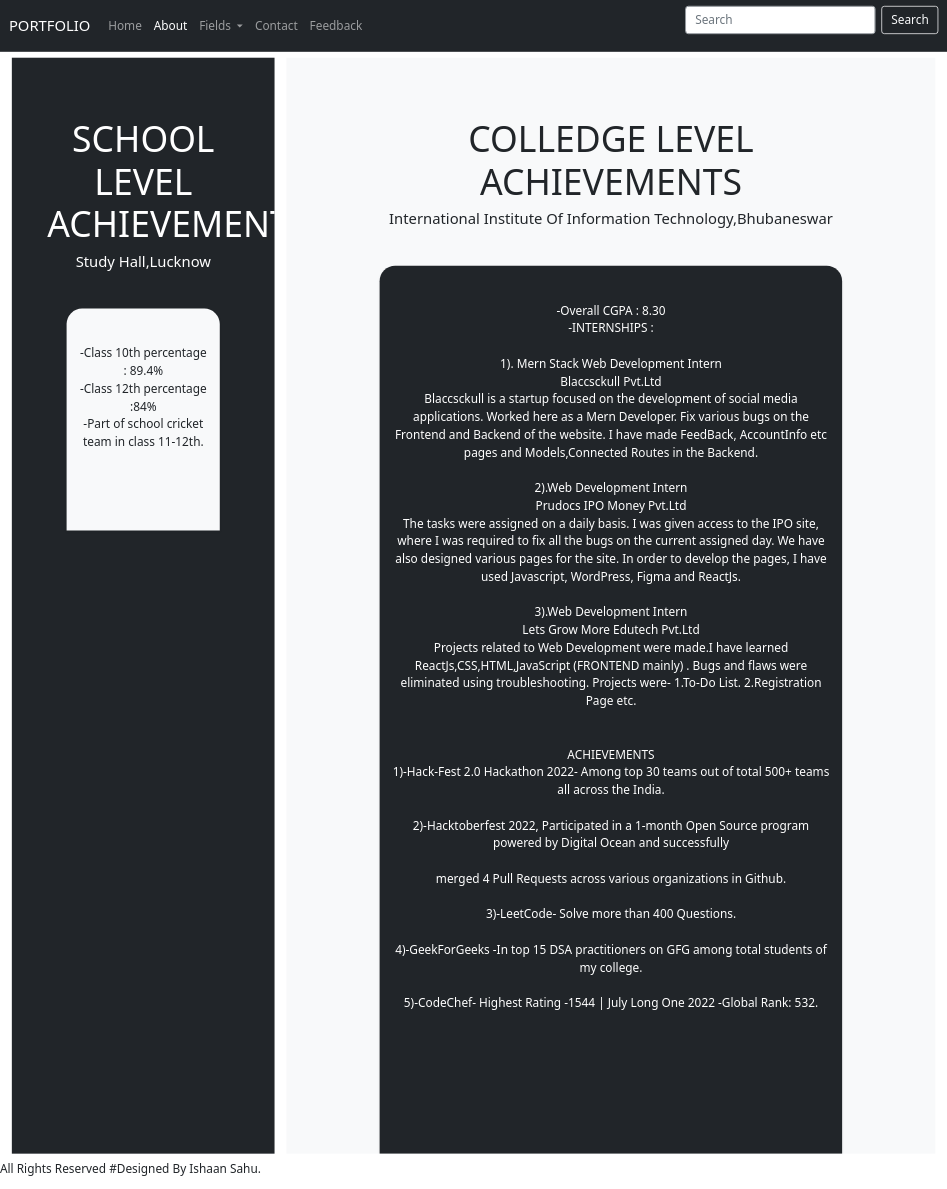
Repository: ishaan51551/Ishaan-s-Portfolio-
Page: about.html
The author's editor kept a copy of each file at every save. The page is drawn from the files as they stood at one save, then again after the next save.
The browser window is 1280 px wide. The pictures show the whole page, at 74% of full size.

Above is the page before, as saved 2023-09-13 16:21:43.

After the next save:
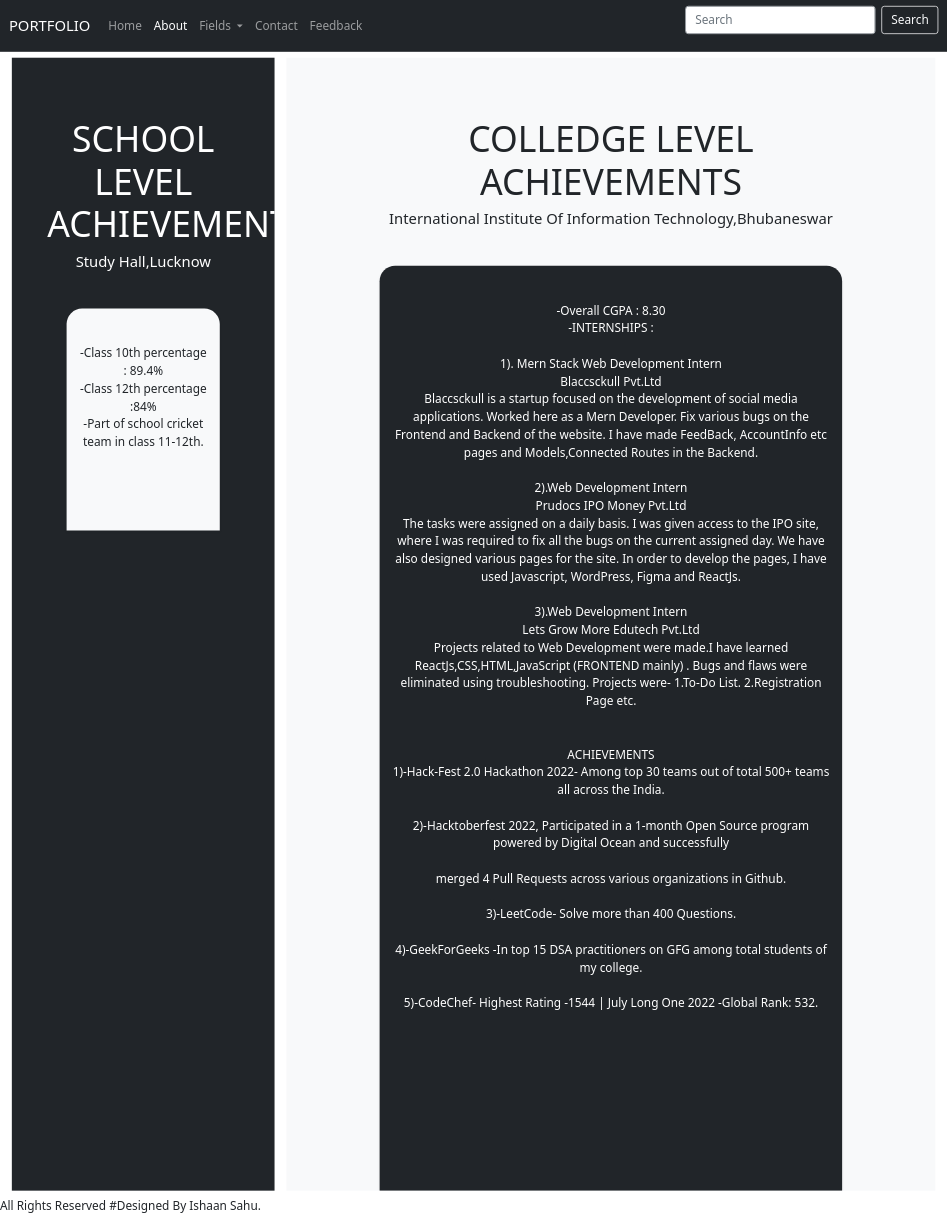
Saved 7 s later.
--- a/about.html
+++ b/about.html
@@ -98,7 +98,7 @@
         <h2 class="display-5">COLLEDGE LEVEL ACHIEVEMENTS</h2>
         <p class="lead">International Institute Of Information Technology,Bhubaneswar</p>
       </div>
-      <div class="bg-dark shadow-sm mx-auto" style="width: 80%; height: 1200px; border-radius: 21px 21px 0 0;">
+      <div class="bg-dark shadow-sm mx-auto" style="width: 80%; height: 1250px; border-radius: 21px 21px 0 0;">
         <p class="swing text-white text-center px-3 py-5">
           -Overall CGPA : 8.30</br>
           -INTERNSHIPS :</br>
